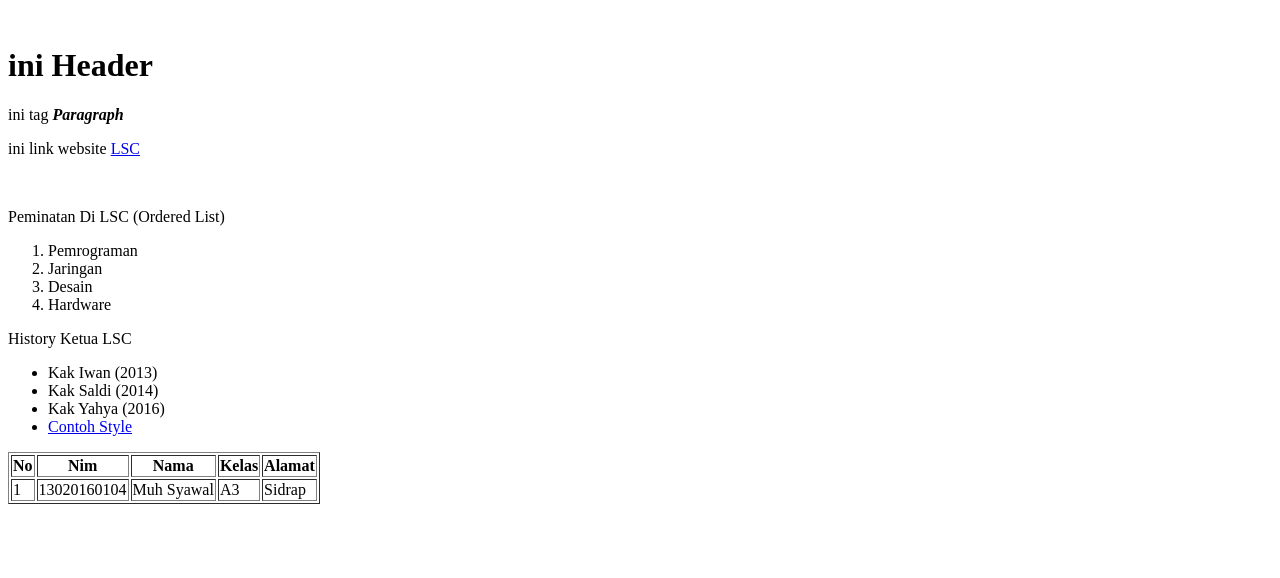
Repository: syawal2kalii/HelloWorld
Page: basichtml.htm
These files come from the project's save history. The page is drawn as it stood at one moment and after the next save; the edit follows.
The browser window is 1280 px wide. The pictures show the whole page.

Above is the page before, as saved 2019-11-17 01:37:42.

### basichtml.htm

<!--
Pertemuan 4
Overview
    Struktur Dasar
    Struktur Tag
        *Tag,Atribute,Property
    Berkenalan Dengan Beberapa Tag
        *header
        *Paragraph
        *Text Style (Bold,italic,font)
        *a
        *image
        *list
        *Table (colspan & Rowspan)
        *input
        *form
        *link import
    Dimensi dari setiap tag (block,inline)
    Studi Case : login,register,table user (No Style)

     -->

<!DOCTYPE html>
<html lang="en">
<head>
    <meta charset="UTF-8">
    <meta name="viewport" content="width=device-width, initial-scale=1.0">
    <meta http-equiv="X-UA-Compatible" content="ie=edge">
    <title>Basic HTML (Pertemuan 5)</title>
</head>
<body>
    <!-- tag atribute value
        global -> style,class (https://www.w3.org/TR/2010/WD-html-markup-20101019/global-attributes.html)
        local -> src
    -->

    <img src="" alt="">
    <h1>ini Header</h1>
    <p>ini tag <b><i>Paragraph</i></b></p>
    <p>ini link website <a href="http://www.lscumi.info.tm">LSC</a> </p>
    <img src="" alt="">
   <p> Peminatan Di LSC (Ordered List) </p>
    <ol>
        <li>Pemrograman</li>
        <li>Jaringan</li>
        <li>Desain</li>
        <li>Hardware</li>
    </ol>

    <p>History Ketua LSC</p>
    <ul>
        <li>Kak Iwan (2013)</li>
        <li>Kak Saldi (2014)</li>
        <li>Kak Yahya (2016)</li>
        <li><a href="https://www.w3schools.com/html/html_lists.asp">Contoh Style</a></li>
    </ul>

    <table border="1"> <!-- tag pembuka -->
        <tr> <!-- table row -->
            <th>No</th> <!-- table Head -->
            <th>Nim</th>
            <th>Nama</th>
            <th>Kelas</th>
            <th>Alamat</th>
        </tr>
        <tr>
            <td>1</td> <!-- table Data -->
            <td>13020160104</td> <!-- table Data -->
            <td>Muh Syawal</td> <!-- table Data -->
            <td>A3</td> <!-- table Data -->
            <td>Sidrap</td> <!-- table Data -->
        </tr>
    </table> <!-- tag penutup -->

    <!-- <link rel="stylesheet" href="lscumi.info.tm">Ini link ke website LSC -->


</body>


</html>

<!-- kemungkinan Error
    1.tag a tanpa http
    2.Margin di Css
-->

After the next save:
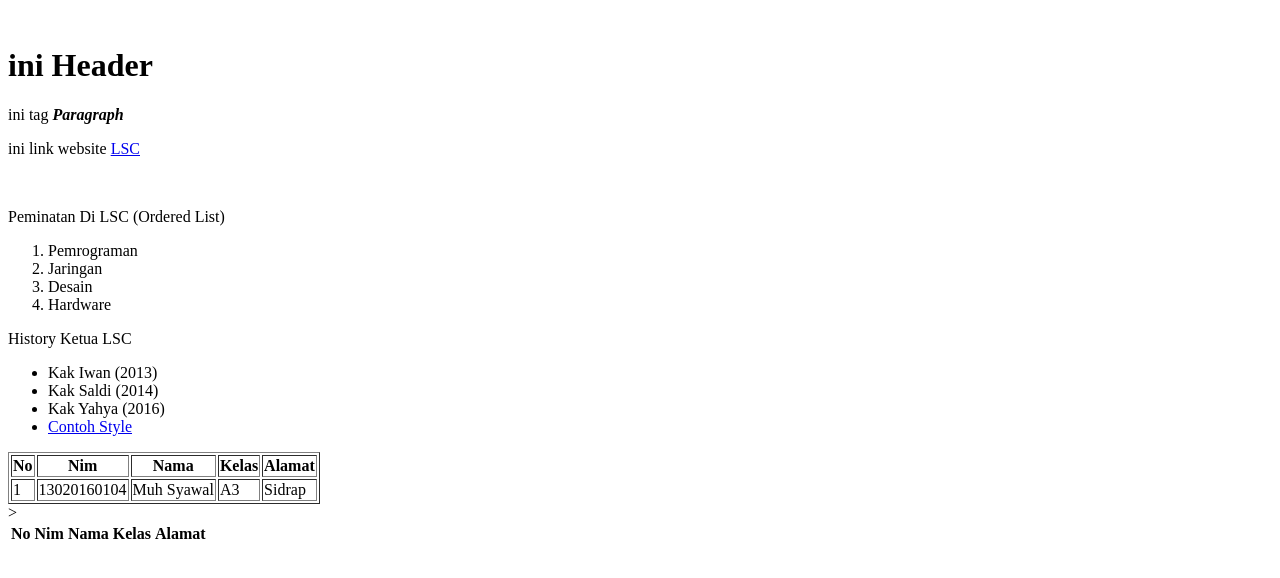
Saved 62 s later.
--- a/basichtml.htm
+++ b/basichtml.htm
@@ -73,6 +73,16 @@ Overview
         </tr>
     </table> <!-- tag penutup -->
 
+    <table>
+        <tr>
+                <th>No</th> <!-- table Head -->
+                <th>Nim</th>
+                <th>Nama</th>
+                <th>Kelas</th>
+                <th>Alamat</th>>
+        </tr>
+    </table>
+
     <!-- <link rel="stylesheet" href="lscumi.info.tm">Ini link ke website LSC -->
 
 
